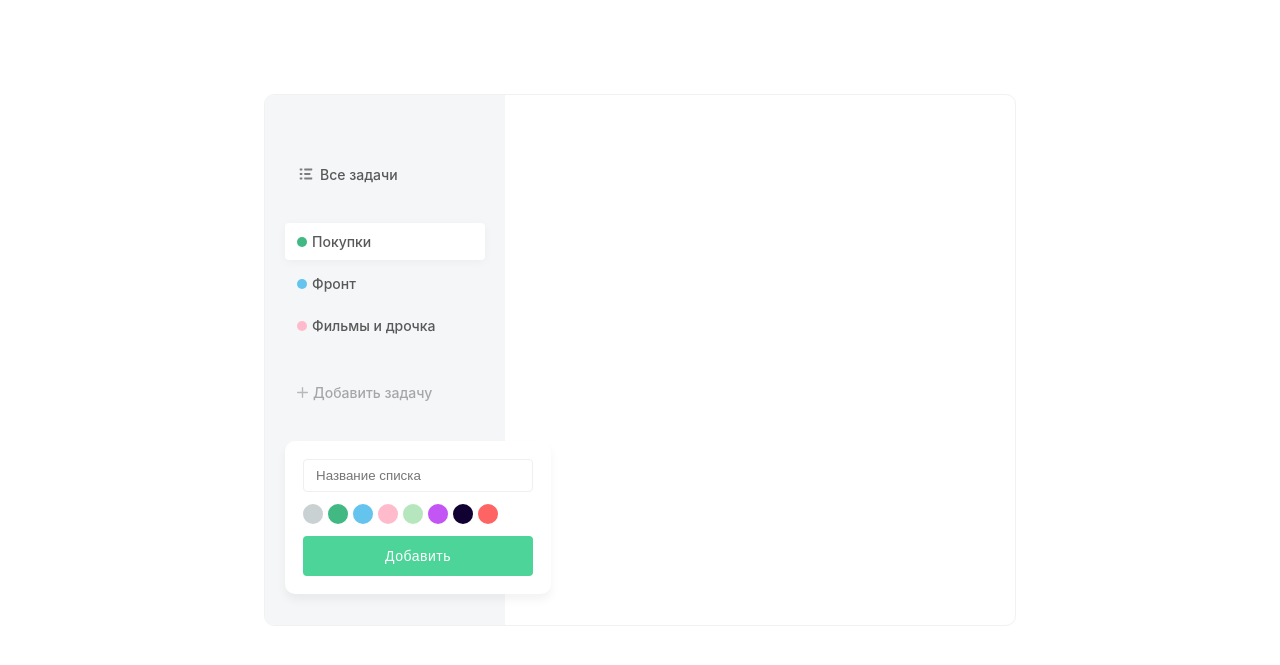
Repository: AzimAzimov/Todo
Page: /
An editor plug-in stored every save of this project. The page is shown before and after the next save, followed by the edit.
The browser window is 1280 px wide. The pictures show the whole page.
The project was rebuilt for these pictures with package versions that can differ from the ones it lists, and the page was loaded fresh each time.

Above is the page before, as saved 2023-02-19 15:54:46.

### src/index.js
import React from 'react';
import ReactDOM from 'react-dom/client';
import './scss/index.scss';
import App from './App';

const root = ReactDOM.createRoot(document.getElementById('root'));
root.render(
  <React.StrictMode>
    <App />
  </React.StrictMode>
);

### src/scss/index.scss
@import "_normalize.scss";

body {
  margin: 0;
  font-family: -apple-system, BlinkMacSystemFont, 'Segoe UI', 'Montserrat', 'Oxygen',
    'Ubuntu', 'Cantarell', 'Fira Sans', 'Droid Sans', 'Helvetica Neue',
    sans-serif;
  -webkit-font-smoothing: antialiased;
  -moz-osx-font-smoothing: grayscale;
}

.todo {
  position: absolute;
  left: 50%;
  top: 50%;
  width: 750px;
  height: 530px;
  transform: translate(-50%, -50%);
  border: 1px solid #f1f1f1;
  border-radius: 10px;
  overflow: hidden;
  font-size: 14px;
  &__sidebar {
    background: #F4F6F8;
    width: 200px;
    height: calc(100% - 120px);
    padding: 60px 20px;
  }

}

### src/App.js
import React, { useState } from 'react';
import AddButtonList from './components/addButtonList/AddButtonList';

import List from './components/sidebar/List';
import DB from './assets/db.json'
import './scss/index.scss';


function App() {

  const [ value, setValue ] = useState('kjjk')

  return (
    <div className="todo">
      <div className="todo__sidebar">
        <List items={[
          {
            icon: (
              <svg width="18" height="18" viewBox="0 0 18 18" fill="none" xmlns="http://www.w3.org/2000/svg">
                <path d="M12.96 8.10001H7.74001C7.24321 8.10001 7.20001 8.50231 7.20001 9.00001C7.20001 9.49771 7.24321 9.90001 7.74001 9.90001H12.96C13.4568 9.90001 13.5 9.49771 13.5 9.00001C13.5 8.50231 13.4568 8.10001 12.96 8.10001V8.10001ZM14.76 12.6H7.74001C7.24321 12.6 7.20001 13.0023 7.20001 13.5C7.20001 13.9977 7.24321 14.4 7.74001 14.4H14.76C15.2568 14.4 15.3 13.9977 15.3 13.5C15.3 13.0023 15.2568 12.6 14.76 12.6ZM7.74001 5.40001H14.76C15.2568 5.40001 15.3 4.99771 15.3 4.50001C15.3 4.00231 15.2568 3.60001 14.76 3.60001H7.74001C7.24321 3.60001 7.20001 4.00231 7.20001 4.50001C7.20001 4.99771 7.24321 5.40001 7.74001 5.40001ZM4.86001 8.10001H3.24001C2.74321 8.10001 2.70001 8.50231 2.70001 9.00001C2.70001 9.49771 2.74321 9.90001 3.24001 9.90001H4.86001C5.35681 9.90001 5.40001 9.49771 5.40001 9.00001C5.40001 8.50231 5.35681 8.10001 4.86001 8.10001ZM4.86001 12.6H3.24001C2.74321 12.6 2.70001 13.0023 2.70001 13.5C2.70001 13.9977 2.74321 14.4 3.24001 14.4H4.86001C5.35681 14.4 5.40001 13.9977 5.40001 13.5C5.40001 13.0023 5.35681 12.6 4.86001 12.6ZM4.86001 3.60001H3.24001C2.74321 3.60001 2.70001 4.00231 2.70001 4.50001C2.70001 4.99771 2.74321 5.40001 3.24001 5.40001H4.86001C5.35681 5.40001 5.40001 4.99771 5.40001 4.50001C5.40001 4.00231 5.35681 3.60001 4.86001 3.60001Z" fill="black"/>
              </svg>
            ),
            name: 'Все задачи',
          }
        ]} />
        <List
          isRemovable={true}
          items={[
            {
              color: 'green',
              name: 'Покупки',
              active: true,
            },
            {
              color: 'blue',
              name: 'Фронт',
            },
            {
              color: 'pink',
              name: 'Фильмы и дрочка',
            },
          ]}
        />
        <AddButtonList colors={DB.colors} />
      </div>
      <div className='todo__tasks'></div>
    </div>
  );
}

export default App;

### src/scss/_normalize.scss
* {
  padding: 0;
  margin: 0;
  list-style: none;
  outline: none;
}

html {
  -ms-text-size-adjust: 100%;
  -webkit-text-size-adjust: 100%;
}

body {
  -moz-osx-font-smoothing: grayscale;
  -webkit-font-smoothing: antialiased;

}

a,
span,
p,
b,
h1,
h2,
h3,
h4,
h5 {
  margin: 0;
  padding: 0;
  text-decoration: none
}

h1 {
  font-size: 48px;
}

h2 {
  font-weight: 600;
  font-size: 28px;
  line-height: 30px;
}

a {
  text-decoration: none;
}

### src/components/addButtonList/AddButtonList.jsx
import React, {useState} from 'react'
import Badge from '../badge/Badge';
import List from '../sidebar/List'
import "./AddListButton.scss"


const AddButtonList = ({ colors }) => {
  const [visiblePopup, setVisiblePopup] = useState(true);

  return (
    <div className="add__list">
      <List
        onClick={()=> setVisiblePopup(true)}
        items={[
          {
            className: 'todo__list__button',
            icon: (
              <svg width="11" height="11" viewBox="0 0 16 16" fill="none" xmlns="http://www.w3.org/2000/svg">
                <path d="M8 1V15" stroke="black" strokeWidth="2" strokeLinecap="round" strokeLinejoin="round"/>
                <path d="M1 8H15" stroke="black" strokeWidth="2" strokeLinecap="round" strokeLinejoin="round"/>
              </svg>
            ),
            name: 'Добавить задачу'
          }
        ]}
      />
      {visiblePopup &&
        <div className="add__list__popup">
          <input className='field' type='text' placeholder='Название списка' />
          <div className="add__list__popup__colors">
            {colors.map(color => <Badge key={color.id} color={color.name} /> )}
          </div>
          <button className='button'>Добавить</button>
        </div>
      }
    </div>
  )
}

export default AddButtonList

### src/components/sidebar/List.jsx
import React from 'react'
import classNames from 'classnames';

import './List.scss';
import Badge from '../badge/Badge';

const List = ({ items, isRemovable, onClick }) => {
  return (
    <ul onClick={onClick} className='todo__list'>
      {items.map((item, index) => (
        <li key={index} className={classNames(item.className, { active: item.active })}>
          <i>{item.icon ? item.icon : <Badge color={item.color} />}</i>
          <span>{item.name}</span>
        </li>
      ))}
    </ul>
  )
}

export default List

### src/assets/db.json
{
  "lists": [
    {
      "id": 1,
      "name": "Продажи",
      "colorId": 5
    },
    {
      "id": 2,
      "name": "Фронтенд",
      "colorId": 4
    },
    {
      "id": 3,
      "name": "Фильмы и сериалы",
      "colorId": 3
    },
    {
      "id": 4,
      "name": "Книги",
      "colorId": 2
    },
    {
      "id": 5,
      "name": "Личное",
      "colorId": 1
    },
    {
      "name": "Спорт",
      "colorId": 3,
      "id": 6
    },
    {
      "name": "Курс по ReactJS ToDo",
      "colorId": 7,
      "id": 7
    }
  ],
  "tasks": [
    {
      "id": 1,
      "listId": 2,
      "text": "Изучить JavaScript",
      "completed": true
    },
    {
      "id": 2,
      "listId": 2,
      "text": "Изучить паттерны проектирования",
      "completed": false
    },
    {
      "id": 3,
      "listId": 2,
      "text": "ReactJS Hooks (useState, useReducer, useEffect и т.д.)",
      "completed": true
    },
    {
      "id": 4,
      "listId": 2,
      "text": "Redux (redux-observable, redux-saga)",
      "completed": false
    },
    {
      "listId": 2,
      "text": "123",
      "completed": true,
      "id": 5
    },
    {
      "listId": 1,
      "text": "test",
      "completed": false,
      "id": 6
    },
    {
      "listId": 1,
      "text": "qweqwe",
      "completed": false,
      "id": 7
    },
    {
      "listId": 1,
      "text": "qweqwe",
      "completed": true,
      "id": 8
    },
    {
      "listId": 1,
      "text": "123",
      "completed": false,
      "id": 9
    },
    {
      "listId": 4,
      "text": "Купить 1984!",
      "completed": true,
      "id": 10
    },
    {
      "listId": 2,
      "text": "222",
      "completed": true,
      "id": 12
    },
    {
      "listId": 7,
      "text": "Сделали сайдбар",
      "completed": true,
      "id": 15
    },
    {
      "listId": 7,
      "text": "Сделали список задач",
      "completed": true,
      "id": 16
    },
    {
      "listId": 7,
      "text": "Сделали удаление и редактирование задач и списков",
      "completed": true,
      "id": 17
    },
    {
      "listId": 8,
      "text": "tttt",
      "completed": false,
      "id": 18
    }
  ],
  "colors": [
    {
      "id": 1,
      "hex": "#C9D1D3",
      "name": "grey"
    },
    {
      "id": 2,
      "hex": "#42B883",
      "name": "green"
    },
    {
      "id": 3,
      "hex": "#64C4ED",
      "name": "blue"
    },
    {
      "id": 4,
      "hex": "#FFBBCC",
      "name": "pink"
    },
    {
      "id": 5,
      "hex": "#B6E6BD",
      "name": "lime"
    },
    {
      "id": 6,
      "hex": "#C355F5",
      "name": "purple"
    },
    {
      "id": 7,
      "hex": "#110133",
      "name": "black"
    },
    {
      "id": 8,
      "hex": "#FF6464",
      "name": "red"
    }
  ]
}

### src/components/badge/Badge.jsx
import React from 'react'

import "./Barge.scss"

const Badge = ({ color }) => <i className={`badge badge__${color}`}></i>

export default Badge

### src/components/addButtonList/AddListButton.scss
.add__list {
  &__popup {
    width: 230px;
    background: #FFFFFF;
    box-shadow: 0px 6px 10px rgba(0, 0, 0, 0.05);
    border-radius: 10px;
    padding: 18px;
    &__colors {
      display: flex;
      gap: 5px;
      margin: 12px 0;

      .badge {
        width: 20px;
        height: 20px;
        border-radius: 50%;
        position: static;
        cursor: pointer;
        &.active {
          border: 2px solid #787878;
        }
      }
    }
  }

  .field {
    width: 100%;
    background: #FFFFFF;
    border: 1px solid #EFEFEF;
    border-radius: 4px;
    box-sizing: border-box;
    padding: 8px 12px;
    &:focus {
      border-color: #dadada;
    }
  }

  .button {
    cursor: pointer;
    width: 100%;
    padding: 12px 20px;
    background: #4DD599;
    border-radius: 4px;
    border: none;
    letter-spacing: .5px;
    font-size: 14px;
    color: #FFFFFF;
    transition: all 0.3 ease;
    &:hover {
      background: darken(#4DD599, 4%);
    }
    &:active {
      background: darken(#4DD599, 12%);
    }
  }
}

### src/components/sidebar/List.scss

.todo__list {
  margin-bottom: 30px;
  &__button {
    opacity: 0.5;
    &:hover {
      opacity: 1;
    }
    svg {
      transition: all 0.3s ease;
      path {
        stroke: #7C7C7C;
      }
    }
    span {
      color: #7c7c7c;
      transition: all 0.3s ease;
    }
  }

  li {
    display: flex;
    align-items: center;
    gap: 5px;
    padding: 10px 12px;
    margin-bottom: 5px;
    cursor: pointer;
    &.active {
      background: #FFFFFF;
      box-shadow: 0px 2px 10px rgba(0, 0, 0, 0.04);
      border-radius: 4px;
    }

    i {
      display: inline-flex;
      svg {
        path {
          fill: #7C7C7C;
        }
      }
    }

    span {
      font-weight: 500;
      color: #595959;
    }
  }
}

### src/components/badge/Barge.scss
  .badge {
    display: inline-block;
    width: 10px;
    height: 10px;
    border-radius: 50%;

    &__green {
      background-color: #42B883;
    }

    &__blue {
      background-color: #64C4ED;
    }

    &__pink {
      background-color: #FFBBCC;
    }

    &__red {
      background-color: #FF6464;
    }

    &__black {
      background-color: #110133;
    }

    &__purple {
      background-color: #C355F5;
    }

    &__lime {
      background-color: #B6E6BD;
    }

    &__grey {
      background-color: #C9D1D3;
    }

    &__purple {
      background-color: #C355F5;
    }
  }

Loaded but not shown: public/index.html (common file)

After the next save:
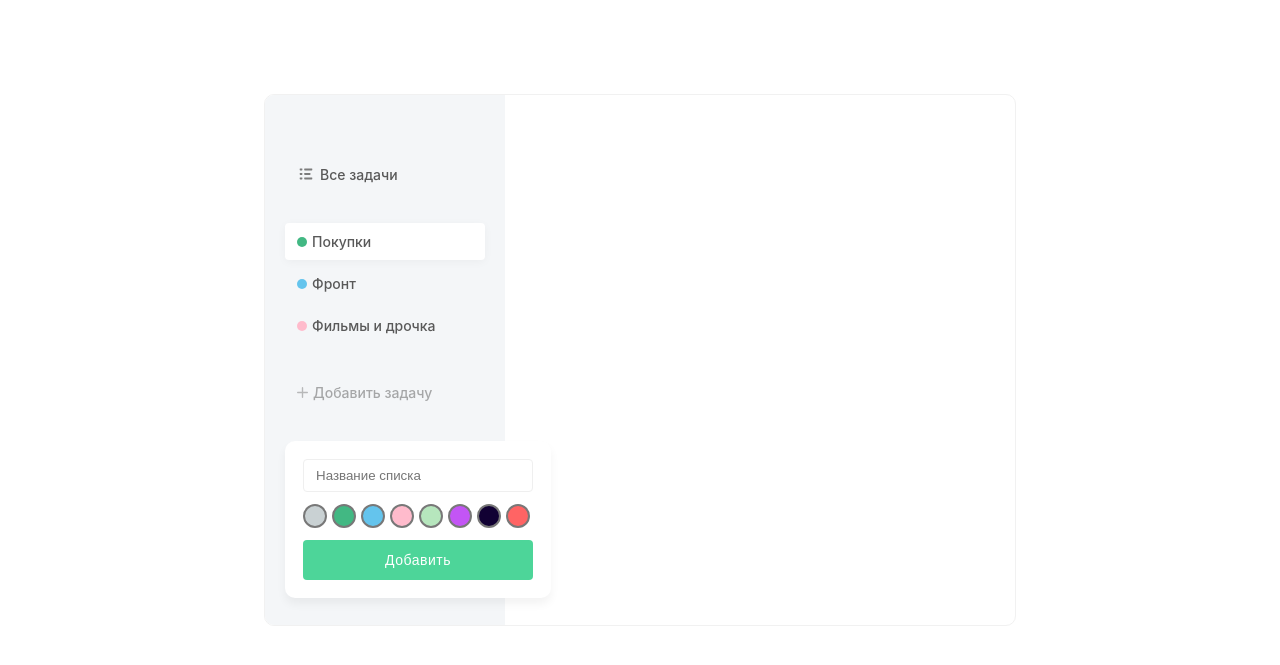
Saved 45 s later.
--- a/src/components/addButtonList/AddListButton.scss
+++ b/src/components/addButtonList/AddListButton.scss
@@ -16,6 +16,7 @@
         border-radius: 50%;
         position: static;
         cursor: pointer;
+        border: 2px solid #787878;
         &.active {
           border: 2px solid #787878;
         }
